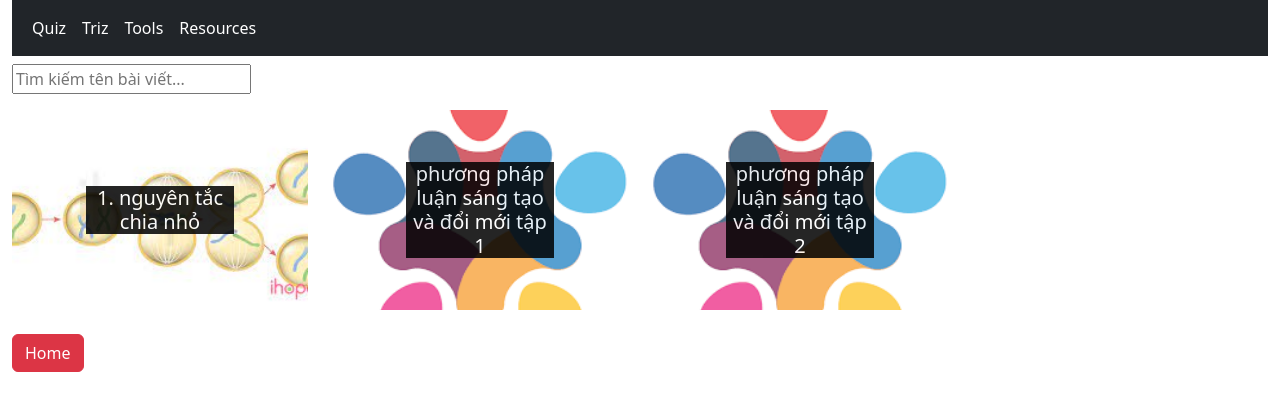
Repository: tran-thien-nhan/quiz_tlln
Page: triz_blog.html
An editor plug-in stored every save of this project. The page is shown before and after the next save, followed by the edit.
The browser window is 1280 px wide. The pictures show the whole page.

Above is the page before, as saved 2023-06-27 09:30:52.

After the next save:
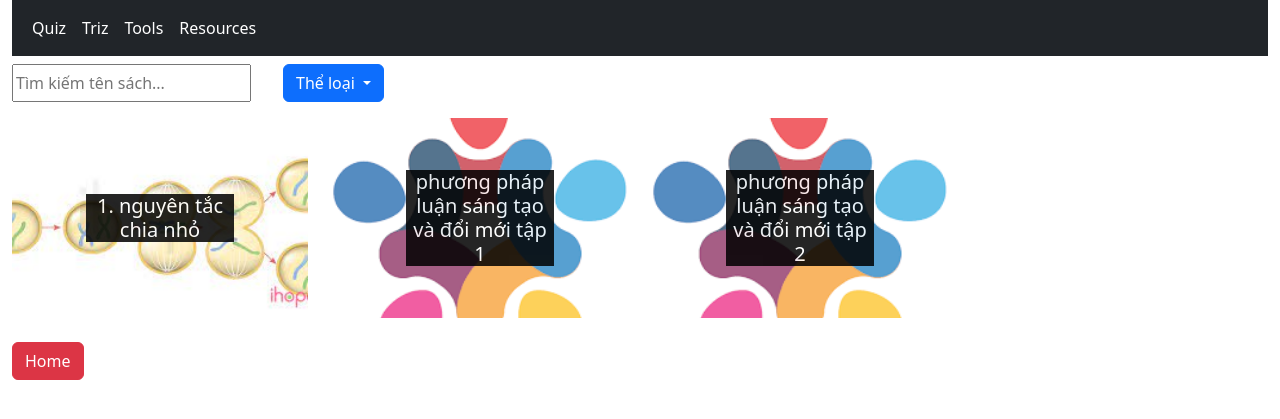
Saved 2 min 31 s later.
--- a/triz_blog.html
+++ b/triz_blog.html
@@ -63,13 +63,31 @@
         </nav>
         <!-- end phần menu -->
 
-        <!-- phần tìm kiếm bài viết -->
-        <input class="mt-2" style="align-items: center;" type="text" id="searchInput"
-            placeholder="Tìm kiếm tên bài viết...">
-        <!-- end phần tìm kiếm bài viết -->
+        <div style="display: flex;">
+            <!-- phần tìm kiếm sách -->
+            <input class="mt-2" style="align-items: center;" type="text" id="searchInput"
+                placeholder="Tìm kiếm tên sách...">
+            <!-- end phần tìm kiếm sách -->
+
+            <!-- phần lọc type -->
+            <div class="dropdown" style="margin-left: 2rem; margin-top: 0.5rem;">
+                <button class="btn btn-primary dropdown-toggle" type="button" id="dropdownMenuButton"
+                    data-bs-toggle="dropdown" aria-expanded="false">
+                    Thể loại
+                </button>
+                <ul class="dropdown-menu" aria-labelledby="dropdownMenuButton">
+                    <li><a class="dropdown-item" href="#" data-type="thể loại">Tất cả</a></li>
+                    <li><a class="dropdown-item" href="#" data-type="redpill">Redpill</a></li>
+                    <li><a class="dropdown-item" href="#" data-type="triết học">Triết học</a></li>
+                    <li><a class="dropdown-item" href="#" data-type="sách thường">Sách thường</a></li>
+                </ul>
+            </div>
+
+            <!-- end phần lọc type -->
+        </div>
 
         <div class="row mt-2" id="content">
-            <!-- Đây là nơi sẽ chứa các bài viết -->
+            <!-- Đây là nơi sẽ chứa các sách -->
         </div>
     </div>
     <br>
@@ -106,11 +124,16 @@
                         h5Element.className = 'title';
                         h5Element.textContent = item.title;
 
+                        const typeElement = document.createElement('h5');
+                        typeElement.className = 'type';
+                        typeElement.textContent = item.type;
+
                         // Gắn các phần tử vào DOM
                         thumbnailContainerElement.appendChild(imgElement);
                         thumbnailContainerElement.appendChild(h5Element);
                         aElement.appendChild(thumbnailContainerElement);
                         divElement.appendChild(aElement);
+                        thumbnailContainerElement.appendChild(typeElement);
                         contentElement.appendChild(divElement);
                     });
                 })
@@ -140,6 +163,31 @@
                     }
                 }
             }
+
+            // Lấy các phần tử cần sử dụng
+            var choices = document.getElementsByClassName("dropdown-item");
+
+            // Xử lý sự kiện khi chọn một thể loại sách trong dropdown menu
+            for (var i = 0; i < choices.length; i++) {
+                choices[i].addEventListener("click", function (event) {
+                    var selectedType = event.target.getAttribute("data-type");
+                    filterBooksByType(selectedType);
+                });
+            }
+
+            // Hàm thực hiện lọc sách dựa trên thể loại
+            function filterBooksByType(selectedType) {
+                for (var i = 0; i < thumbnailContainers.length; i++) {
+                    var typeElement = thumbnailContainers[i].querySelector(".type");
+                    var type = typeElement.textContent.toLowerCase();
+                    if (type === selectedType || selectedType === "thể loại") {
+                        thumbnailContainers[i].style.display = "block";
+                    } else {
+                        thumbnailContainers[i].style.display = "none";
+                    }
+                }
+            }
+
         });
     </script>
 
